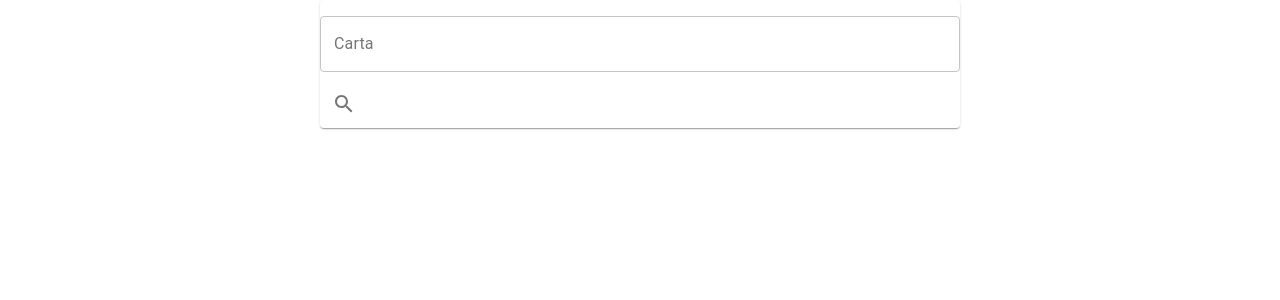
Repository: Skorfate/yugiohCard
Page: /
These files come from the project's save history. The page is drawn as it stood at one moment and after a run of saves; the edit follows.
The browser window is 1280 px wide. The pictures show the whole page.
The project was rebuilt for these pictures with package versions that can differ from the ones it lists, and the page was loaded fresh each time. Also part of the build but not shown: webpack.config.js, src/App.css.

Above is the page before, as saved 2021-07-18 20:44:56.

### src/index.jsx
import React from 'react';
import ReactDOM from 'react-dom';
import './index.css';
import App from './App';
import "core-js/stable";
import "regenerator-runtime/runtime";

ReactDOM.render(
  <App />,
  document.getElementById('root')
);

### src/App.js
import logo from './logo.svg';
import './App.css';
import { HashRouter, Route, Switch, BrowserRouter } from 'react-router-dom';
import React, { lazy, Suspense } from "react";
import { CircularProgress } from '@material-ui/core';

const Home = lazy(() => import('./page/Home/Home.page'));


const loading = (
    <div className="pt-3 text-center">
      <CircularProgress />
    </div>
  )

function App() {
  return (
        <BrowserRouter>
          <Suspense fallback={<div>Loading...</div>}>
              <Switch>
                    <Route exact path='/' component={Home}/>
              </Switch>
          </Suspense>
        </BrowserRouter>
  );
}

export default App;

### src/page/Home/Home.page.jsx
import { Grid } from '@material-ui/core';
import React, {useState } from 'react'
import Buscador from '../../components/buscador/buscador.component';

const Home = () => {

    const [item, setItem] = useState({});

    const cleanText = texto => !texto || texto === "N/A" ? "Sin informacion" : texto;

    const buscarCarta = (values) => {
        console.log(values);
    }

    return (
            <Grid container  justify="center" alignItems="center"  direction="column">
                    <Buscador buscarCarta = {buscarCarta} />
                    <Grid item spacing={ 3 }  xs={12} sm={12} md={12} justify="center">

                    </Grid>
            </Grid>
    )

}

export default Home

### src/components/buscador/buscador.component.jsx
import React, {useState} from 'react';
import Grid from '@material-ui/core/Grid';
import Paper from '@material-ui/core/Paper';
import TextField from '@material-ui/core/TextField';
import Autocomplete from '@material-ui/lab/Autocomplete';
import IconButton from '@material-ui/core/IconButton';
import SearchIcon from '@material-ui/icons/Search';

const Buscador = ({buscarCarta}) =>  {

    const [nombre, setNombre] = useState('');

    const getPelicula = () => {
        const name = document.querySelector('#buscador').value.toLowerCase().trim();
        console.log(name);
        if (nombre !== name){
            setNombre(name);
            buscarCarta(name);
        }
    }


    return (
        <Grid item xs={ 12 } sm={ 6 } style={{width: '90%'}}>
            <Paper className="paper">
                <Autocomplete
                    id="buscador"
                    freeSolo
                    options= {[]}
                    renderInput={ params => (
                        <TextField
                            {...params}
                            label="Carta"
                            margin="normal"
                            variant="outlined"
                        />
                    )}
                />
                <IconButton onClick={() => getPelicula()}>
                        <SearchIcon/>
                </IconButton>
            </Paper>
        </Grid>
    );
}

export default Buscador

### src/constante/FiltroCarta.constante.js
export const level = [
    {
        id : 1,
        name : 1,
    },
    {
        id : 2,
        name : 2,
    },
    {
        id : 3,
        name : 3,
    },
    {
        id : 4,
        name : 4,
    },
    {
        id : 5,
        name : 5,
    },
    {
        id : 6,
        name : 6,
    },
    {
        id : 7,
        name : 7,
    },
    {
        id : 8,
        name : 8,
    },
    {
        id : 9,
        name : 9,
    },
    {
        id : 10,
        name : 10,
    },
    {
        id : 11,
        name : 11,
    },
    {
        id : 12,
        name : 12,
    },
]

const attributes = [
    {
        id : 'dark',
        name : 'Dark',
    },
    {
        id : 'water',
        name : 'Water',
    },
    {
        id : 'wind',
        name : 'Wind',
    },
    {
        id : 'fire',
        name : 'Fire',
    },
    {
        id : 'light',
        name : 'Light',
    },
    {
        id : 'earth',
        name : 'Earth',
    },
    {
        id : 'divine',
        name : 'Divine',
    },
];

const cartasInsignias = [
    {
        id : 'dark magician',
        name : 'Dark Magician',
    },
    {
        id : 'blue eyes white dragon',
        name : 'blue eyes white dragon',
    },
    {
        id : 'black luster soldier',
        name : 'black luster soldier',
    }
]

### src/components/Buscador/Buscador.component.jsx
import React, {useState} from 'react';
import clsx from 'clsx';
import TextField from '@material-ui/core/TextField';
import Autocomplete from '@material-ui/lab/Autocomplete';
import { attributes,level } from '../../constante/FiltroCarta.constante';
import InputLabel from '@material-ui/core/InputLabel';
import MenuItem from '@material-ui/core/MenuItem';
import Select from '@material-ui/core/Select';
import { makeStyles } from '@material-ui/core/styles';
import Paper from '@material-ui/core/Paper';
import Grid from '@material-ui/core/Grid';
import FormControl from '@material-ui/core/FormControl';
import { useEffect } from 'react';
import { Button } from '@material-ui/core';



const useStyles = makeStyles((theme) => ({
    root: {

    },
    paper: {
      padding: theme.spacing(2),
      textAlign: 'center',
      color: theme.palette.text.secondary,
    },
    noLabel: {
        marginTop: theme.spacing(3),
      },
    w100 : {
        width : '100% !important'
    }
  }));

const Buscador = ({setParametro}) =>  {
    const classes = useStyles();
    const [nombre, setNombre] = useState('');
    const [atributo, setAtributo] = useState();
    const [nivel, setNivel] = useState();

    const onChangeCard = (event) => {
        setNombre(event.target.value);
    }

    const onchageAtributo = (event) => {
       setAtributo(event.target.value);
    }
    const onchageNivel = (event) => {
        setNivel(event.target.value);
    }

    const buscar = () => {
        const parametro = { params : {
           name : nombre,
           attribute : atributo,
           level : nivel,
        }}

        if(!parametro.params.name)
            delete parametro.params.name;
        if(!parametro.params.attribute)
            delete parametro.params.attribute;
        if(!parametro.params.level)
            delete parametro.params.level;

        setParametro(parametro);
    }


    return (
        <div className={classes.root}>
            <Paper className="paper">
            <Grid container spacing={3} md={12} xs={12} alignItems="stretch">

                    <Grid container md={6} xs={6} className={classes.paper}>

                        <FormControl>
                            <TextField id="buscador"
                                            label="Carta"
                                            onChange={onChangeCard}
                                            margin="normal"
                                            variant="outlined"
                                        />

                        </FormControl>

                    </Grid>
                    <Grid item xs={3} md={3} className={classes.paper} >

                            <FormControl className={clsx(classes.formControl, classes.noLabel, classes.w100)}>
                                <InputLabel id="atribuLabel">Atributo</InputLabel>
                                <Select id="selectAtributo" onChange={onchageAtributo} className={classes.w100}>
                                    <MenuItem value={null}>
                                        <em>Seleccionar</em>
                                    </MenuItem>
                                    {attributes.map(item => (
                                        <MenuItem value={item.id}>{item.name}</MenuItem>
                                    ))}
                                </Select>
                            </FormControl>

                    </Grid>
                    <Grid item xs={3} md={3} className={classes.paper}>

                            <FormControl className={clsx(classes.formControl, classes.noLabel, classes.w100)}>
                                <InputLabel id="nivelLabel">Nivel</InputLabel>
                                <Select id="selectNivel" onChange={onchageNivel} className={classes.w100}>
                                    <MenuItem value={null}>
                                        <em>Seleccionar</em>
                                    </MenuItem>
                                    {level.map(item => (
                                        <MenuItem value={item.id}>{item.name}</MenuItem>
                                    ))}
                                </Select>
                            </FormControl>

                    </Grid>
            </Grid>
            <Grid container spacing={3} md={12} xs={12}>
                <Grid item xs={12} md={12} className={clsx(classes.paper)} >
                    <Button variant="contained" color="primary" className={classes.w100} onClick={buscar}>
                        Buscar
                    </Button>
                </Grid>
            </Grid>
            </Paper>
        </div>
    );
}

export default Buscador

Loaded but not shown: public/index.html (common file); src/index.css (common file)

After the next 4 saves:
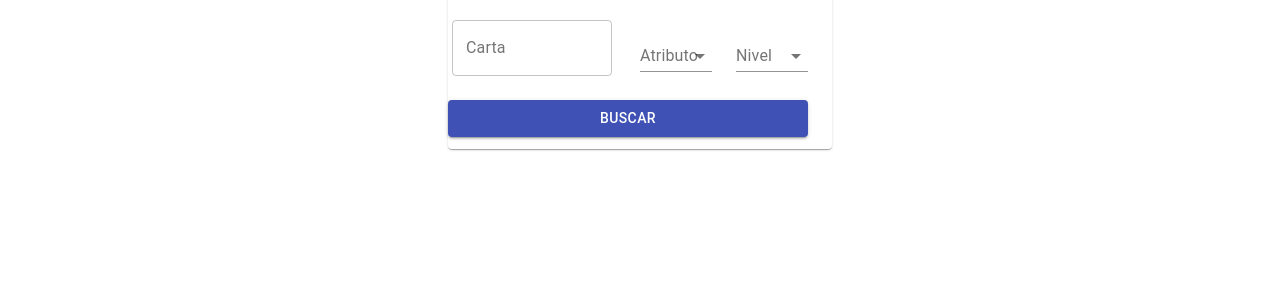
The 4 saves are shown as one change because 3 did not build or start.
The last was saved 18 min 51 s later.
--- a/src/page/Home/Home.page.jsx
+++ b/src/page/Home/Home.page.jsx
@@ -1,6 +1,7 @@
 import { Grid } from '@material-ui/core';
 import React, {useState } from 'react'
-import Buscador from '../../components/buscador/buscador.component';
+import Buscador from '../../components/Buscador/Buscador.component';
+
 
 const Home = () => {
 
@@ -11,6 +12,9 @@ const Home = () => {
     const buscarCarta = (values) => {
         console.log(values);
     }
+
+
+
 
     return (
             <Grid container  justify="center" alignItems="center"  direction="column">
--- a/src/components/buscador/buscador.component.jsx
+++ b/src/components/buscador/buscador.component.jsx
@@ -5,10 +5,12 @@ import TextField from '@material-ui/core/TextField';
 import Autocomplete from '@material-ui/lab/Autocomplete';
 import IconButton from '@material-ui/core/IconButton';
 import SearchIcon from '@material-ui/icons/Search';
+import { attributes } from '../../constante/FiltroCarta.constante';
 
 const Buscador = ({buscarCarta}) =>  {
 
     const [nombre, setNombre] = useState('');
+    const [atributo, setAtributo] = useState();
 
     const getPelicula = () => {
         const name = document.querySelector('#buscador').value.toLowerCase().trim();
@@ -17,6 +19,10 @@ const Buscador = ({buscarCarta}) =>  {
             setNombre(name);
             buscarCarta(name);
         }
+    }
+
+    const onchageAtributo = () => {
+        console.log(values)
     }
 
 
@@ -36,9 +42,16 @@ const Buscador = ({buscarCarta}) =>  {
                         />
                     )}
                 />
-                <IconButton onClick={() => getPelicula()}>
-                        <SearchIcon/>
-                </IconButton>
+                <Select id="demo-controlled-open-select" value={atributo} onChange={onchageAtributo}>
+                    <MenuItem value="">
+                        <em>None</em>
+                    </MenuItem>
+                    {attributes.map(item => (
+                        <MenuItem value={item.id}>{item.name}</MenuItem>
+                    ))}
+                </Select>
+
+
             </Paper>
         </Grid>
     );
--- a/src/constante/FiltroCarta.constante.js
+++ b/src/constante/FiltroCarta.constante.js
@@ -49,7 +49,7 @@ export const level = [
     },
 ]
 
-const attributes = [
+export const attributes = [
     {
         id : 'dark',
         name : 'Dark',
